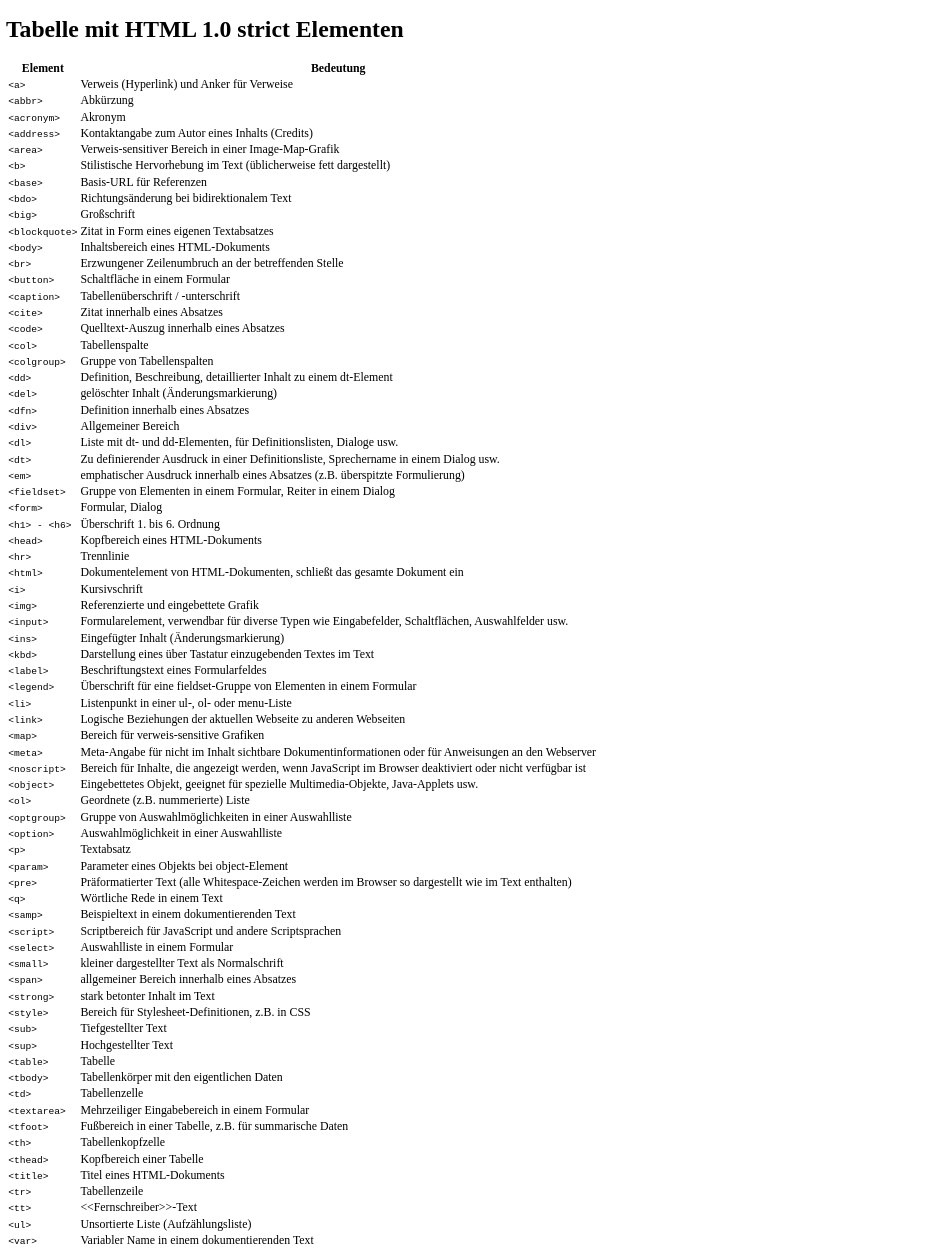
Repository: pLurchi/MyWebengineeringRepo
Page: RemoteSystemsTempFiles/HA-Kapitel06/WebContent/index.html
The author's editor kept a copy of each file at every save. The page is drawn from the files as they stood at one save, then again after the next save.
The browser window is 1280 px wide. The pictures show the whole page, at 74% of full size.

Above is the page before, as saved 2013-11-28 17:21:14.

### RemoteSystemsTempFiles/HA-Kapitel06/WebContent/index.html
<?xml version="1.0" encoding="UTF-8" ?>
<!DOCTYPE html PUBLIC "-//W3C//DTD XHTML 1.0 Strict//EN" "http://www.w3.org/TR/xhtml1/DTD/xhtml1-strict.dtd">
<html xmlns="http://www.w3.org/1999/xhtml">
<head>
<meta http-equiv="Content-Type" content="text/html; charset=UTF-8" />
<title>HA-Kapitel06</title>
</head>
<body>

	<h1>Tabelle mit HTML 1.0 strict Elementen</h1>

	<table class="wiki-content-table">
		<tr>
			<th>Element</th>
			<th>Bedeutung</th>
		</tr>

		<tr>
			<td><tt>&lt;a&gt;</tt></td>
			<td>Verweis (Hyperlink) und Anker für Verweise</td>
		</tr>
		<tr>
			<td><tt>&lt;abbr&gt;</tt></td>
			<td>Abkürzung</td>
		</tr>
		<tr>
			<td><tt>&lt;acronym&gt;</tt></td>
			<td>Akronym</td>
		</tr>
		<tr>
			<td><tt>&lt;address&gt;</tt></td>
			<td>Kontaktangabe zum Autor eines Inhalts (Credits)</td>
		</tr>
		<tr>
			<td><tt>&lt;area&gt;</tt></td>
			<td>Verweis-sensitiver Bereich in einer Image-Map-Grafik</td>
		</tr>
		<tr>
			<td><tt>&lt;b&gt;</tt></td>
			<td>Stilistische Hervorhebung im Text (üblicherweise fett dargestellt)</td>
		</tr>
		<tr>
			<td><tt>&lt;base&gt;</tt></td>
			<td>Basis-URL für Referenzen</td>
		</tr>
		<tr>
			<td><tt>&lt;bdo&gt;</tt></td>
			<td>Richtungsänderung bei bidirektionalem Text</td>
		</tr>
		<tr>
			<td><tt>&lt;big&gt;</tt></td>
			<td>Großschrift</td>
		</tr>
		<tr>
			<td><tt>&lt;blockquote&gt;</tt></td>
			<td>Zitat in Form eines eigenen Textabsatzes</td>
		</tr>
		<tr>
			<td><tt>&lt;body&gt;</tt></td>
			<td>Inhaltsbereich eines HTML-Dokuments</td>
		</tr>
		<tr>
			<td><tt>&lt;br&gt;</tt></td>
			<td>Erzwungener Zeilenumbruch an der betreffenden Stelle</td>
		</tr>
		<tr>
			<td><tt>&lt;button&gt;</tt></td>
			<td>Schaltfläche in einem Formular</td>
		</tr>
		<tr>
			<td><tt>&lt;caption&gt;</tt></td>
			<td>Tabellenüberschrift / -unterschrift</td>
		</tr>
		<tr>
			<td><tt>&lt;cite&gt;</tt></td>
			<td>Zitat innerhalb eines Absatzes</td>
		</tr>
		<tr>
			<td><tt>&lt;code&gt;</tt></td>
			<td>Quelltext-Auszug innerhalb eines Absatzes</td>
		</tr>
		<tr>
			<td><tt>&lt;col&gt;</tt></td>
			<td>Tabellenspalte</td>
		</tr>
		<tr>
			<td><tt>&lt;colgroup&gt;</tt></td>
			<td>Gruppe von Tabellenspalten</td>
		</tr>
		<tr>
			<td><tt>&lt;dd&gt;</tt></td>
			<td>Definition, Beschreibung, detaillierter Inhalt zu einem dt-Element</td>
		</tr>
		<tr>
			<td><tt>&lt;del&gt;</tt></td>
			<td>gelöschter Inhalt (Änderungsmarkierung)</td>
		</tr>
		<tr>
			<td><tt>&lt;dfn&gt;</tt></td>
			<td>Definition innerhalb eines Absatzes</td>
		</tr>
		<tr>
			<td><tt>&lt;div&gt;</tt></td>
			<td>Allgemeiner Bereich</td>
		</tr>
		<tr>
			<td><tt>&lt;dl&gt;</tt></td>
			<td>Liste mit dt- und dd-Elementen, für Definitionslisten, Dialoge usw.</td>
		</tr>
		<tr>
			<td><tt>&lt;dt&gt;</tt></td>
			<td>Zu definierender Ausdruck in einer Definitionsliste, Sprechername in einem Dialog usw.</td>
		</tr>
		<tr>
			<td><tt>&lt;em&gt;</tt></td>
			<td>emphatischer Ausdruck innerhalb eines Absatzes (z.B. überspitzte Formulierung)</td>
		</tr>
		<tr>
			<td><tt>&lt;fieldset&gt;</tt></td>
			<td>Gruppe von Elementen in einem Formular, Reiter in einem Dialog</td>
		</tr>
		<tr>
			<td><tt>&lt;form&gt;</tt></td>
			<td>Formular, Dialog</td>
		</tr>
		<tr>
			<td><tt>&lt;h1&gt; - &lt;h6&gt;</tt></td>
		<td>Überschrift 1. bis 6. Ordnung</td>
		</tr>
		<tr>
			<td><tt>&lt;head&gt;</tt></td>
			<td>Kopfbereich eines HTML-Dokuments</td>
		</tr>
		<tr>
			<td><tt>&lt;hr&gt;</tt></td>
			<td>Trennlinie</td>
		</tr>
		<tr>
			<td><tt>&lt;html&gt;</tt></td>
			<td>Dokumentelement von HTML-Dokumenten, schließt das gesamte Dokument ein</td>
		</tr>
		<tr>
			<td><tt>&lt;i&gt;</tt></td>
			<td>Kursivschrift</td>
		</tr>
		<tr>
			<td><tt>&lt;img&gt;</tt></td>
			<td>Referenzierte und eingebettete Grafik</td>
		</tr>
		<tr>
			<td><tt>&lt;input&gt;</tt></td>
			<td>Formularelement, verwendbar für diverse Typen wie Eingabefelder, Schaltflächen, Auswahlfelder usw.</td>
		</tr>
		<tr>
			<td><tt>&lt;ins&gt;</tt></td>
			<td>Eingefügter Inhalt (Änderungsmarkierung)</td>
		</tr>
		<tr>
			<td><tt>&lt;kbd&gt;</tt></td>
			<td>Darstellung eines über Tastatur einzugebenden Textes im Text</td>
		</tr>
		<tr>
			<td><tt>&lt;label&gt;</tt></td>
			<td>Beschriftungstext eines Formularfeldes</td>
		</tr>
		<tr>
			<td><tt>&lt;legend&gt;</tt></td>
			<td>Überschrift für eine fieldset-Gruppe von Elementen in einem Formular</td>
		</tr>
		<tr>
			<td><tt>&lt;li&gt;</tt></td>
			<td>Listenpunkt in einer ul-, ol- oder menu-Liste</td>
		</tr>
		<tr>
			<td><tt>&lt;link&gt;</tt></td>
			<td>Logische Beziehungen der aktuellen Webseite zu anderen Webseiten</td>
		</tr>
		<tr>
			<td><tt>&lt;map&gt;</tt></td>
			<td>Bereich für verweis-sensitive Grafiken</td>
		</tr>
		<tr>
			<td><tt>&lt;meta&gt;</tt></td>
			<td>Meta-Angabe für nicht im Inhalt sichtbare Dokumentinformationen oder für Anweisungen an den Webserver</td>
		</tr>
		<tr>
			<td><tt>&lt;noscript&gt;</tt></td>
			<td>Bereich für Inhalte, die angezeigt werden, wenn JavaScript im Browser deaktiviert oder nicht verfügbar ist</td>
		</tr>
		<tr>
			<td><tt>&lt;object&gt;</tt></td>
			<td>Eingebettetes Objekt, geeignet für spezielle Multimedia-Objekte, Java-Applets usw.</td>
		</tr>
		<tr>
			<td><tt>&lt;ol&gt;</tt></td>
			<td>Geordnete (z.B. nummerierte) Liste</td>
		</tr>
		<tr>
			<td><tt>&lt;optgroup&gt;</tt></td>
			<td>Gruppe von Auswahlmöglichkeiten in einer Auswahlliste</td>
		</tr>
		<tr>
			<td><tt>&lt;option&gt;</tt></td>
			<td>Auswahlmöglichkeit in einer Auswahlliste</td>
		</tr>
		<tr>
			<td><tt>&lt;p&gt;</tt></td>
			<td>Textabsatz</td>
		</tr>
		<tr>
			<td><tt>&lt;param&gt;</tt></td>
			<td>Parameter eines Objekts bei object-Element</td>
		</tr>
		<tr>
			<td><tt>&lt;pre&gt;</tt></td>
			<td>Präformatierter Text (alle Whitespace-Zeichen werden im Browser so dargestellt wie im Text enthalten)</td>
		</tr>
		<tr>
			<td><tt>&lt;q&gt;</tt></td>
			<td>Wörtliche Rede in einem Text</td>
		</tr>
		<tr>
			<td><tt>&lt;samp&gt;</tt></td>
			<td>Beispieltext in einem dokumentierenden Text</td>
		</tr>
		<tr>
			<td><tt>&lt;script&gt;</tt></td>
			<td>Scriptbereich für JavaScript und andere Scriptsprachen</td>
		</tr>
		<tr>
			<td><tt>&lt;select&gt;</tt></td>
			<td>Auswahlliste in einem Formular</td>
		</tr>
		<tr>
			<td><tt>&lt;small&gt;</tt></td>
			<td>kleiner dargestellter Text als Normalschrift</td>
		</tr>
		<tr>
			<td><tt>&lt;span&gt;</tt></td>
			<td>allgemeiner Bereich innerhalb eines Absatzes</td>
		</tr>
		<tr>
			<td><tt>&lt;strong&gt;</tt></td>
			<td>stark betonter Inhalt im Text</td>
		</tr>
		<tr>
			<td><tt>&lt;style&gt;</tt></td>
			<td>Bereich für Stylesheet-Definitionen, z.B. in CSS</td>
		</tr>
		<tr>
			<td><tt>&lt;sub&gt;</tt></td>
			<td>Tiefgestellter Text</td>
		</tr>
		<tr>
			<td><tt>&lt;sup&gt;</tt></td>
			<td>Hochgestellter Text</td>
		</tr>
		<tr>
			<td><tt>&lt;table&gt;</tt></td>
			<td>Tabelle</td>
		</tr>
		<tr>
			<td><tt>&lt;tbody&gt;</tt></td>
			<td>Tabellenkörper mit den eigentlichen Daten</td>
		</tr>
		<tr>
			<td><tt>&lt;td&gt;</tt></td>
			<td>Tabellenzelle</td>
		</tr>
		<tr>
			<td><tt>&lt;textarea&gt;</tt></td>
			<td>Mehrzeiliger Eingabebereich in einem Formular</td>
		</tr>
		<tr>
			<td><tt>&lt;tfoot&gt;</tt></td>
			<td>Fußbereich in einer Tabelle, z.B. für summarische Daten</td>
		</tr>
		<tr>
			<td><tt>&lt;th&gt;</tt></td>
			<td>Tabellenkopfzelle</td>
		</tr>
		<tr>
			<td><tt>&lt;thead&gt;</tt></td>
			<td>Kopfbereich einer Tabelle</td>
		</tr>
		<tr>
			<td><tt>&lt;title&gt;</tt></td>
			<td>Titel eines HTML-Dokuments</td>
		</tr>
		<tr>
			<td><tt>&lt;tr&gt;</tt></td>
			<td>Tabellenzeile</td>
		</tr>
		<tr>
			<td><tt>&lt;tt&gt;</tt></td>
			<td>&lt;&lt;Fernschreiber&gt;&gt;-Text</td>
		</tr>
		<tr>
			<td><tt>&lt;ul&gt;</tt></td>
			<td>Unsortierte Liste (Aufzählungsliste)</td>
		</tr>
		<tr>
			<td><tt>&lt;var&gt;</tt></td>
			<td>Variabler Name in einem dokumentierenden Text</td>
		</tr>
	</table>


</body>
</html>

After the next save:
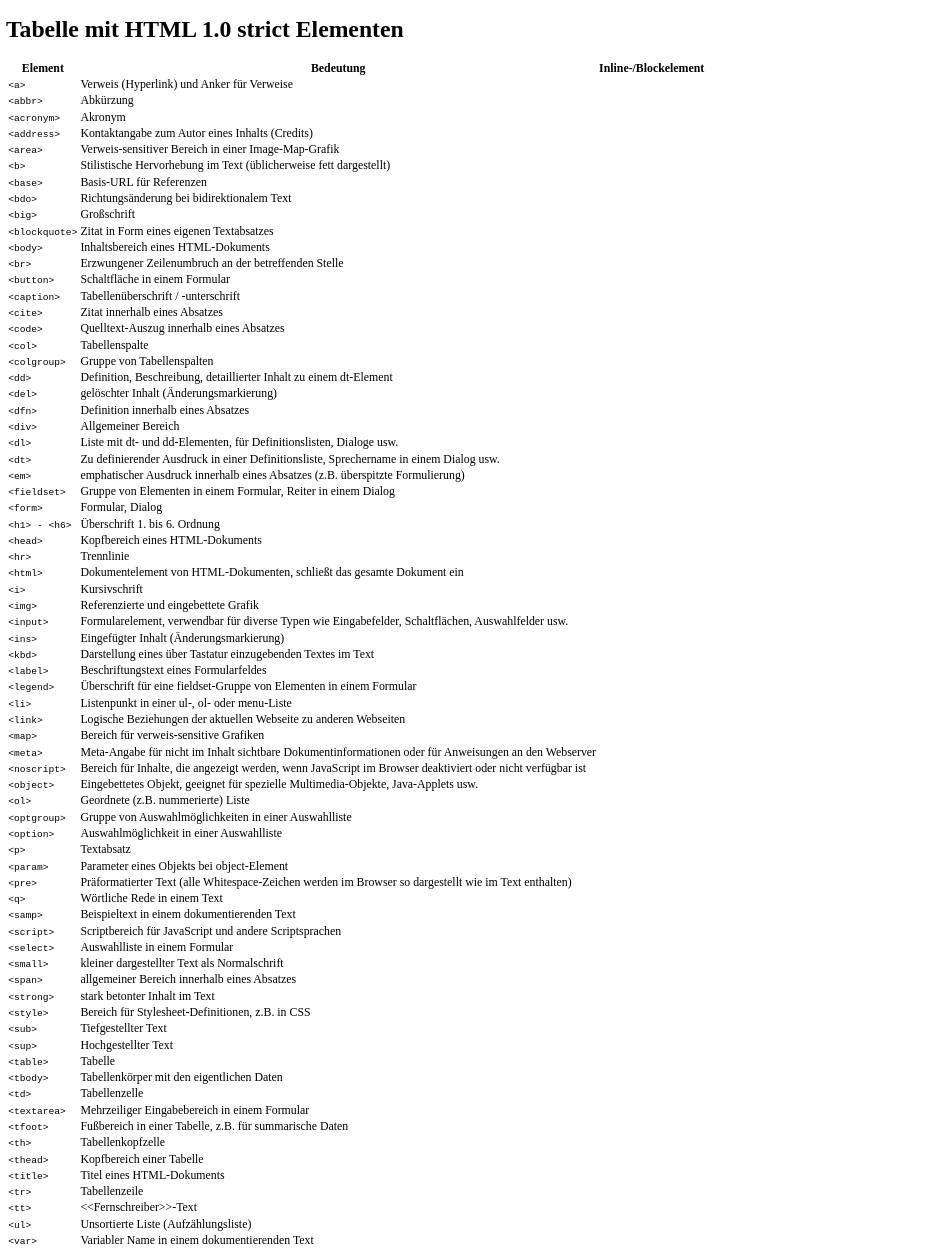
Saved 2 min 30 s later.
--- a/RemoteSystemsTempFiles/HA-Kapitel06/WebContent/index.html
+++ b/RemoteSystemsTempFiles/HA-Kapitel06/WebContent/index.html
@@ -13,6 +13,7 @@
 		<tr>
 			<th>Element</th>
 			<th>Bedeutung</th>
+			<th>Inline-/Blockelement</th>
 		</tr>
 
 		<tr>
